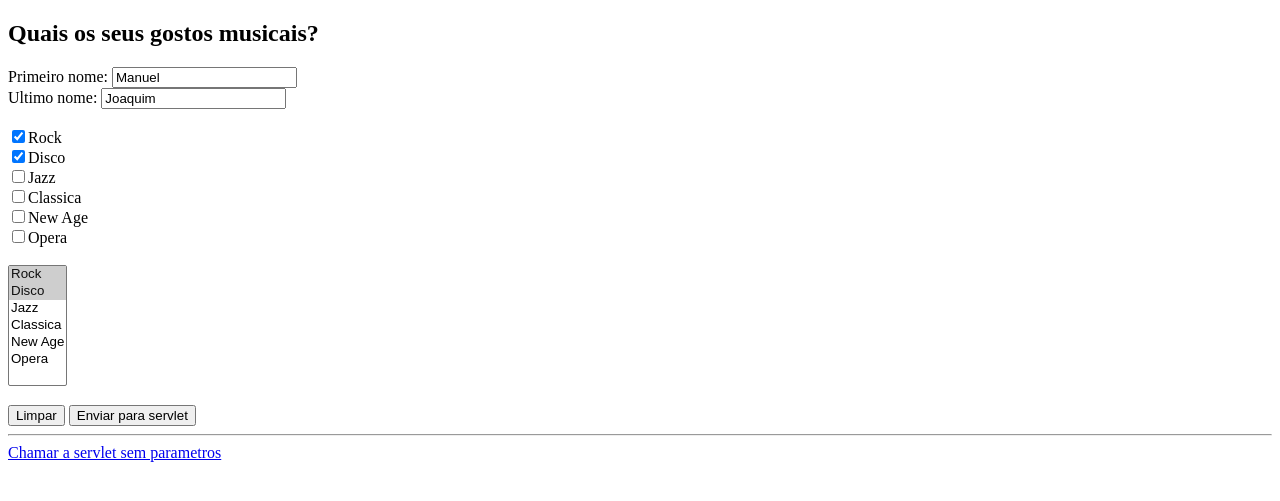
Repository: chuinga/JavaWebAppsDevelopment
Page: JavaWeb/src/main/webapp/AnalisarPedidoHTTP.html
These files come from the project's save history. The page is drawn as it stood at one moment and after the next save; the edit follows.
The browser window is 1280 px wide. The pictures show the whole page.

Above is the page before, as saved 2024-06-29 14:04:24.

After the next save:
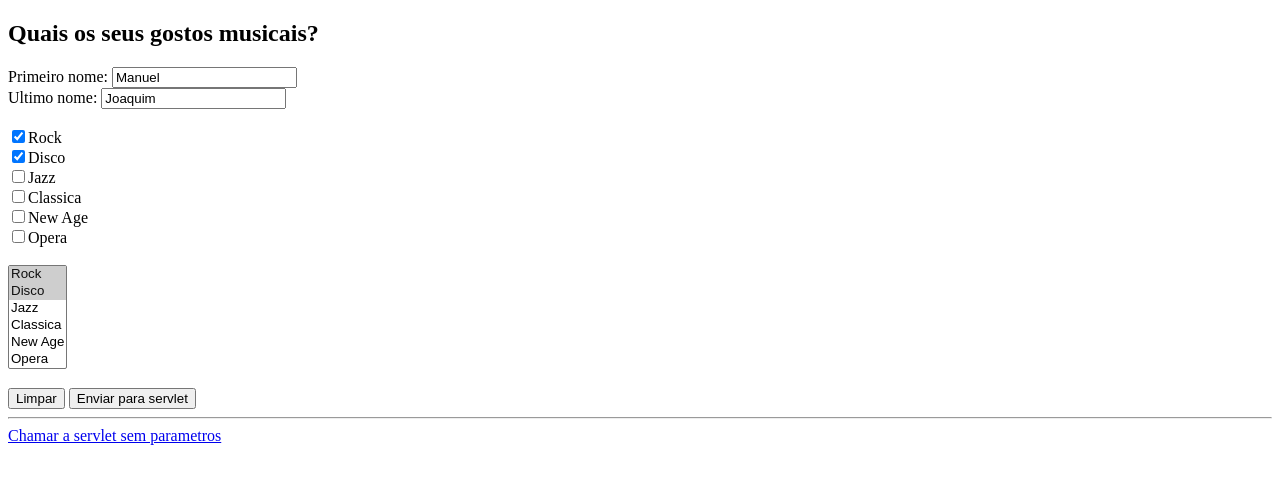
Saved 12 s later.
--- a/JavaWeb/src/main/webapp/AnalisarPedidoHTTP.html
+++ b/JavaWeb/src/main/webapp/AnalisarPedidoHTTP.html
@@ -18,7 +18,7 @@
         <input type="checkbox" name="checkboxMusica" value="New Age">New Age<br>
         <input type="checkbox" name="checkboxMusica" value="Opera">Opera<br>
         <br>
-        <select name="listaEscolhaMusica" multiple size="7">
+        <select name="listaEscolhaMusica" multiple size="6">
             <option value="Rock" selected>Rock</option>
             <option value="Disco" selected>Disco</option>
             <option value="Jazz" >Jazz</option>
